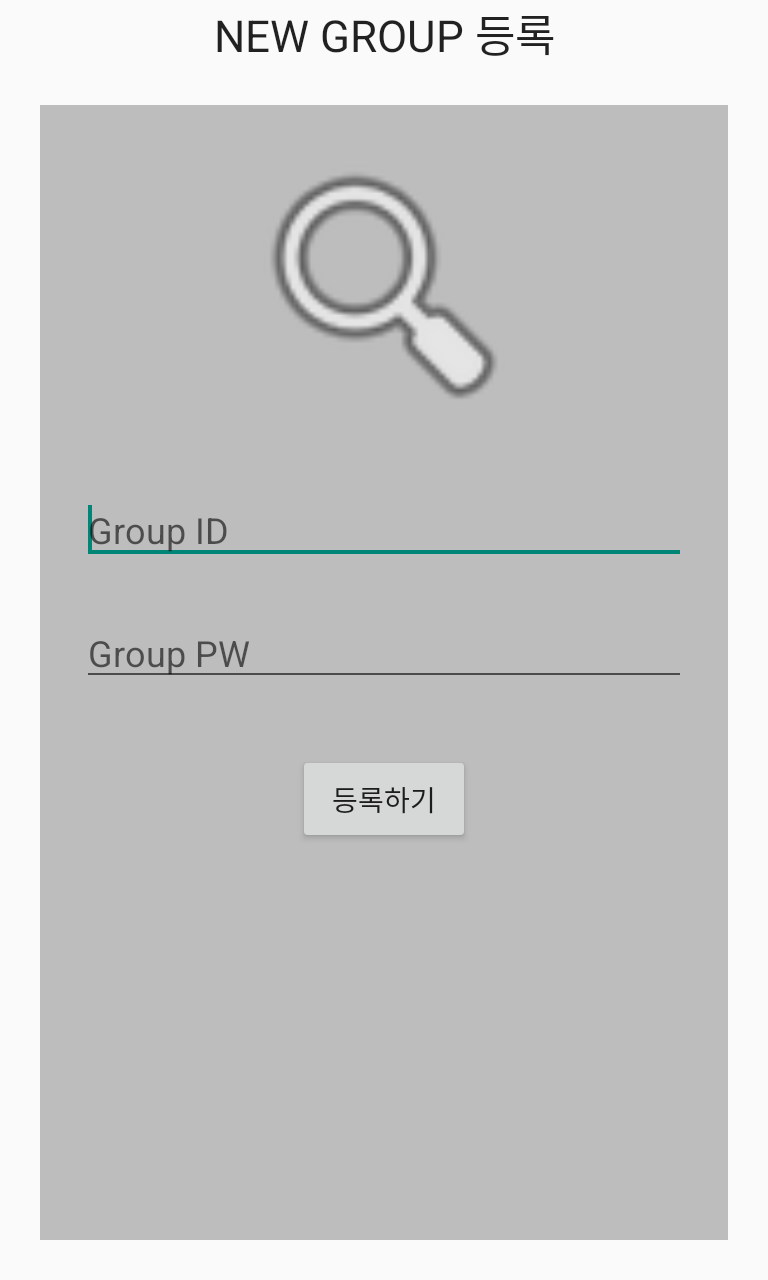
Repository: Hohohohoho/Electree
Layout: Copy of Electree/res/layout/activity_add_group.xml
These files come from the project's save history. The layout is drawn as it stood at one moment and after the next save; the edit follows.
It is drawn on a 768 x 1280 px phone screen (xhdpi) without system bars, with theme AppTheme; the app's code is not run.

Above is the layout before, as saved 2014-11-30 10:13:20.

### Copy of Electree/res/layout/activity_add_group.xml
<RelativeLayout xmlns:android="http://schemas.android.com/apk/res/android"
    xmlns:tools="http://schemas.android.com/tools"
    android:layout_width="match_parent"
    android:layout_height="match_parent"
    tools:context="${relativePackage}.${activityClass}" >

    <LinearLayout
        android:layout_width="fill_parent"
        android:layout_height="fill_parent"
        android:orientation="vertical" >

        <TextView
            android:id="@+id/addGroupTitle"
            android:layout_width="fill_parent"
            android:layout_height="wrap_content"
            android:gravity="center_horizontal"
            android:text="NEW GROUP 등록"
            android:textAppearance="?android:attr/textAppearanceLarge" />

        <LinearLayout
            android:layout_width="fill_parent"
            android:layout_height="match_parent"
            android:layout_margin="20dp"
            android:layout_weight="1"
            android:background="#BDBDBD"
            android:gravity="center_horizontal"
            android:orientation="vertical" >

            <ImageView
                android:id="@+id/searchGroupIcon"
                android:layout_width="wrap_content"
                android:layout_height="wrap_content"
                android:layout_margin="15dp"
                android:minHeight="150dp"
                android:minWidth="150dp"
                android:src="@android:drawable/ic_menu_search" />

            <EditText
                android:id="@+id/groupIDText"
                android:layout_width="match_parent"
                android:layout_height="wrap_content"
                android:layout_marginBottom="10dp"
                android:layout_marginLeft="20dp"
                android:layout_marginRight="20dp"
                android:layout_marginTop="10dp"
                android:ems="10"
                android:hint="Group ID" >

                <requestFocus />
            </EditText>

            <EditText
                android:id="@+id/groupPWText"
                android:layout_width="match_parent"
                android:layout_height="wrap_content"
                android:layout_marginBottom="10dp"
                android:layout_marginLeft="20dp"
                android:layout_marginRight="20dp"
                android:layout_marginTop="10dp"
                android:ems="10"
                android:hint="Group PW"
                android:inputType="textPassword" />

            <Button
                android:id="@+id/addGroupBtn"
                android:layout_width="wrap_content"
                android:layout_height="wrap_content"
                android:layout_marginTop="20dp"
                android:text="등록하기" />

        </LinearLayout>

    </LinearLayout>

</RelativeLayout>

Loaded but not shown: Copy of Electree/res/values/styles.xml (common file); Copy of Electree/res/values-v11/styles.xml (common file); Copy of Electree/res/values-v14/styles.xml (common file)

After the next save:
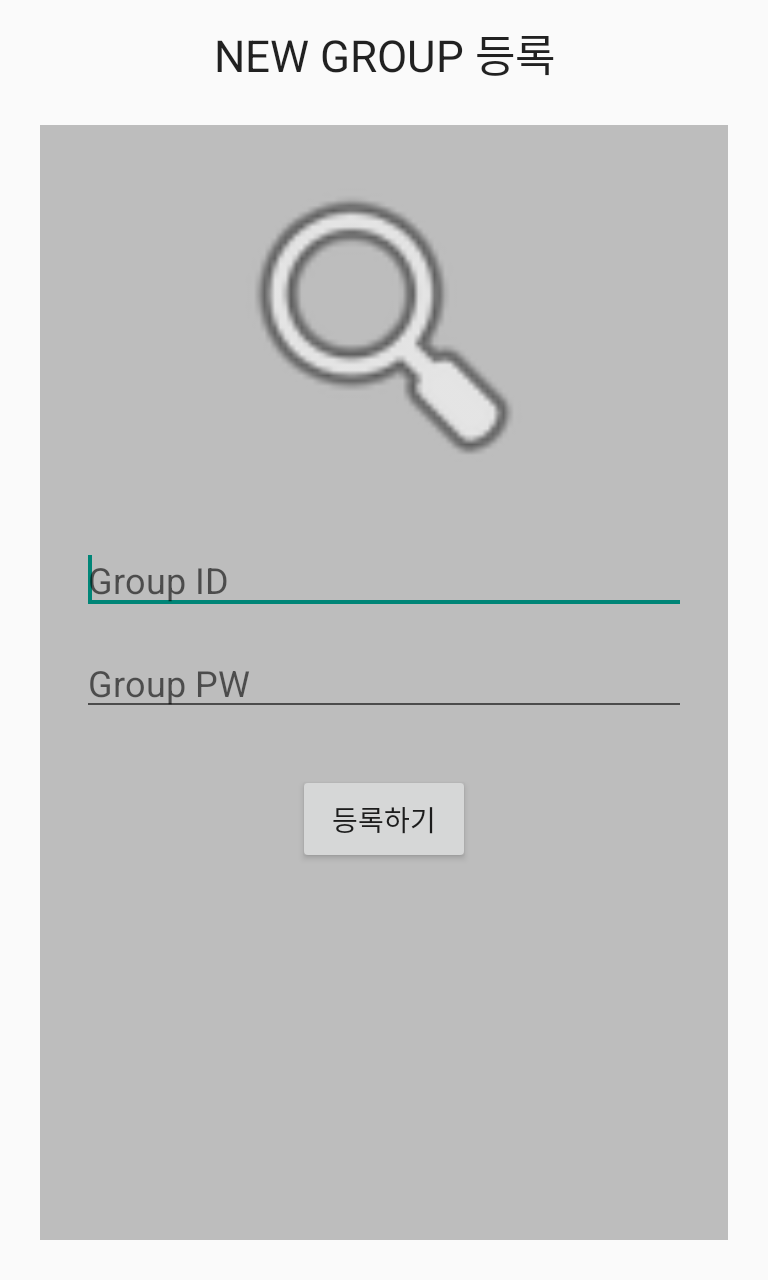
Saved 9 s later.
--- a/Copy of Electree/res/layout/activity_add_group.xml
+++ b/Copy of Electree/res/layout/activity_add_group.xml
@@ -13,6 +13,7 @@
             android:id="@+id/addGroupTitle"
             android:layout_width="fill_parent"
             android:layout_height="wrap_content"
+            android:layout_marginTop="10dp"
             android:gravity="center_horizontal"
             android:text="NEW GROUP 등록"
             android:textAppearance="?android:attr/textAppearanceLarge" />
@@ -31,18 +32,18 @@
                 android:layout_width="wrap_content"
                 android:layout_height="wrap_content"
                 android:layout_margin="15dp"
-                android:minHeight="150dp"
-                android:minWidth="150dp"
+                android:minHeight="170dp"
+                android:minWidth="170dp"
                 android:src="@android:drawable/ic_menu_search" />
 
             <EditText
                 android:id="@+id/groupIDText"
                 android:layout_width="match_parent"
                 android:layout_height="wrap_content"
-                android:layout_marginBottom="10dp"
+                android:layout_marginBottom="5dp"
                 android:layout_marginLeft="20dp"
                 android:layout_marginRight="20dp"
-                android:layout_marginTop="10dp"
+                android:layout_marginTop="5dp"
                 android:ems="10"
                 android:hint="Group ID" >
 
@@ -53,10 +54,10 @@
                 android:id="@+id/groupPWText"
                 android:layout_width="match_parent"
                 android:layout_height="wrap_content"
-                android:layout_marginBottom="10dp"
+                android:layout_marginBottom="5dp"
                 android:layout_marginLeft="20dp"
                 android:layout_marginRight="20dp"
-                android:layout_marginTop="10dp"
+                android:layout_marginTop="5dp"
                 android:ems="10"
                 android:hint="Group PW"
                 android:inputType="textPassword" />
